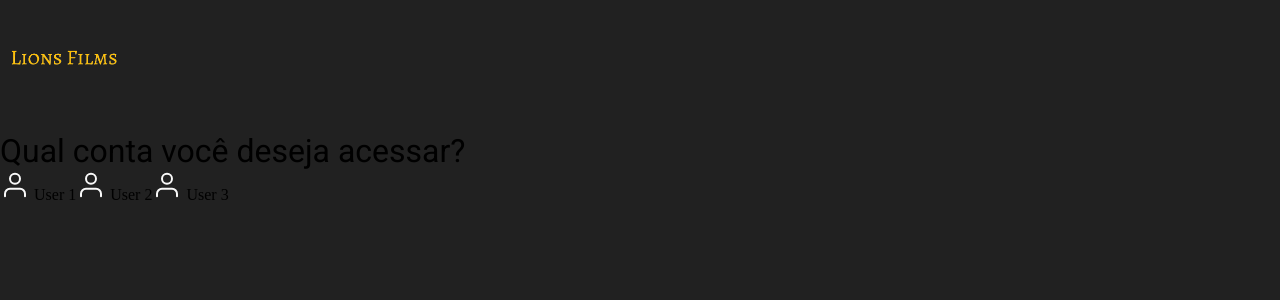
Repository: Leonngc/streaming-project
Page: index.html
These files come from the project's save history. The page is drawn as it stood at one moment and after the next save; the edit follows.
The browser window is 1280 px wide. The pictures show the whole page.
The style sheet was rebuilt from its Sass, Less or Tailwind sources for each picture, by a compiler version that may differ from the author's.

Above is the page before, as saved 2023-09-02 12:33:03.

After the next save:
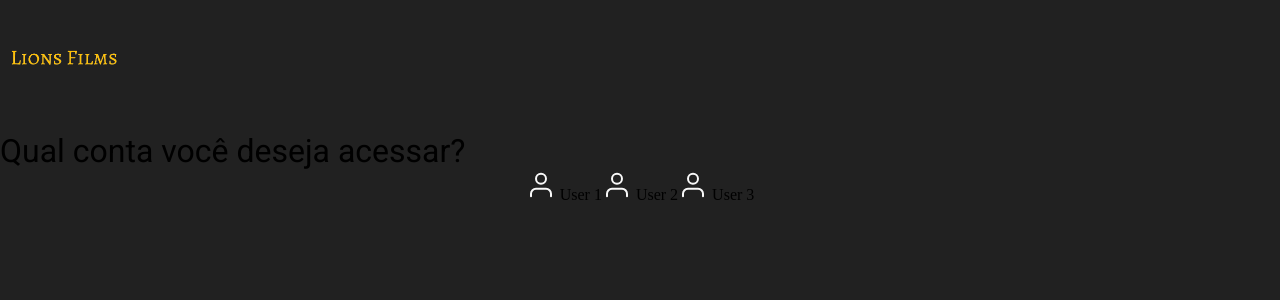
Saved 3 min 25 s later.
--- a/index.html
+++ b/index.html
@@ -12,7 +12,7 @@
     </header>
     <main>
         <h1 class="roboto f400 font-title">Qual conta você deseja acessar?</h1>
-        <div class="user-container flex">
+        <div class="user-container flex justify-center">
             <div class="users">
                 <a href=""><img src="streaming-assets/user.svg" alt=""></a>
                 <span>User 1</span>

After the 2 saves that followed:
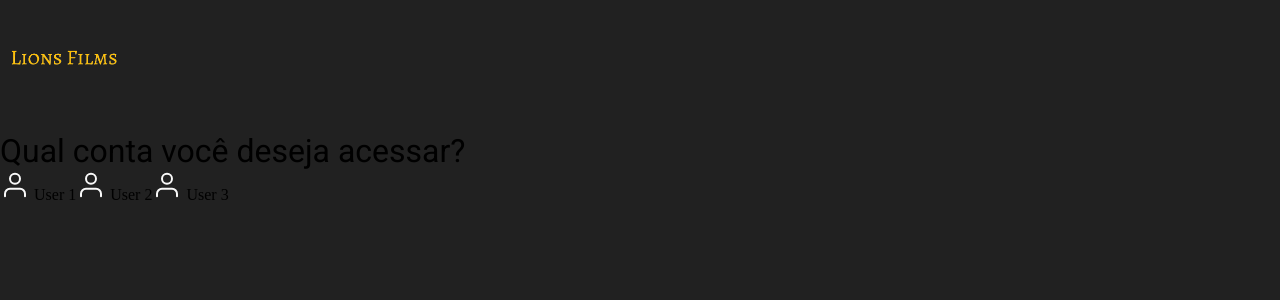
The 2 saves are shown as one change because 1 left the picture as it was.
The last was saved 28 s later.
--- a/index.html
+++ b/index.html
@@ -12,7 +12,7 @@
     </header>
     <main>
         <h1 class="roboto f400 font-title">Qual conta você deseja acessar?</h1>
-        <div class="user-container flex justify-center">
+        <div class="user-container flex align-center ">
             <div class="users">
                 <a href=""><img src="streaming-assets/user.svg" alt=""></a>
                 <span>User 1</span>
